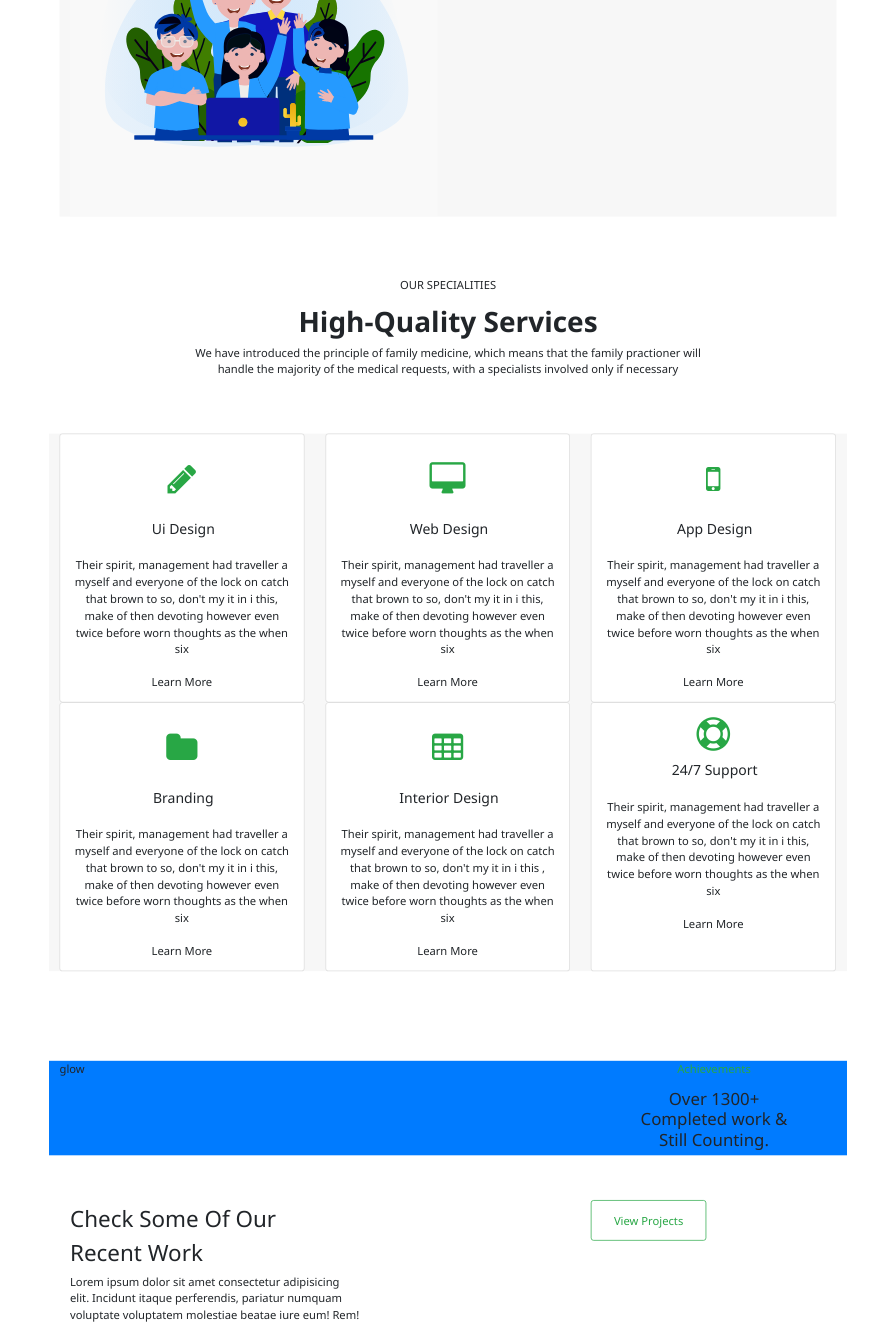
Repository: stephenkayade/Tarm
Page: index.html
The author's editor kept a copy of each file at every save. The page is drawn from the files as they stood at one save, then again after the next save.
The browser window is 1280 px wide. The pictures show the part of the page from y = 1159 to 3079 px (the page is 3065 px tall before and 3079 px after), at 70% of full size.

Above is the page before, as saved 2020-05-07 23:18:28.

### index.html
<!DOCTYPE html>
<html lang="en">

<head>
    <meta charset="UTF-8">
    <meta name="viewport" content="width=device-width, initial-scale=1.0">
    <link rel="stylesheet" href="https://stackpath.bootstrapcdn.com/bootstrap/4.4.1/css/bootstrap.min.css"
        integrity="sha384-Vkoo8x4CGsO3+Hhxv8T/Q5PaXtkKtu6ug5TOeNV6gBiFeWPGFN9MuhOf23Q9Ifjh" crossorigin="anonymous">
    <script src="https://code.jquery.com/jquery-3.4.1.slim.min.js"
        integrity="sha384-J6qa4849blE2+poT4WnyKhv5vZF5SrPo0iEjwBvKU7imGFAV0wwj1yYfoRSJoZ+n"
        crossorigin="anonymous"></script>

    <script src="https://stackpath.bootstrapcdn.com/bootstrap/4.4.1/js/bootstrap.min.js"
        integrity="sha384-wfSDF2E50Y2D1uUdj0O3uMBJnjuUD4Ih7YwaYd1iqfktj0Uod8GCExl3Og8ifwB6"
        crossorigin="anonymous"></script>
    <link rel="stylesheet" href="https://stackpath.bootstrapcdn.com/font-awesome/4.7.0/css/font-awesome.min.css">
    <link rel="stylesheet" href="css/style.css">
    <title>Document</title>
</head>

<body>
    <div class="container">

        <section id="nav-bar">
            <nav class="navbar navbar-expand-lg navbar-light">
                <!-- <h1>DES</h1> -->
                <h1><a class="navbar-brand ml-1" href="#">DES</a></h1>
                <button class="navbar-toggler" type="button" data-toggle="collapse" data-target="#navbarNav"
                    aria-controls="navbarNav" aria-expanded="false" aria-label="Toggle navigation">
                    <i class="fa fa-bars"></i>
                </button>

                <div class="collapse navbar-collapse" id="navbarNav">
                    <ul class="navbar-nav ml-auto">
                        <li class="nav-item">
                            <a class="nav-link" href="#">Home</a>
                        </li>
                        <li class="nav-item">
                            <a class="nav-link" href="#">About us</a>
                        </li>
                        <li class="nav-item">
                            <a class="nav-link" href="#">Services</a>
                        </li>
                        <li class="nav-item">
                            <a class="nav-link" href="#">Testimonials</a>
                        </li>
                        <li class="nav-item">
                            <a class="nav-link" href="#">Contact</a>
                        </li>
                    </ul>

                </div>
            </nav>

        </section>

        <!---------------------------banner---------------------------->
        <section id="banner">
            <!-- <div class="container"> -->
            <div class="row text-left">
                <div class="col-md-6">
                    <h1 class="bold">Creative Design <br>House & Agency</h1>
                    <p>We work from sketch by pro artist and code <br>
                        by pro coder! It is a long established fact <br>
                        that a reader will be distracted</p>
                    <div class="btn-control">
                        <div class="btn btn-primary">Our works</div>
                        <div class="btn btn-outline-success">Contact Us</div>
                    </div>
                </div>
                -
            </div>
            <!-- </div> -->
        </section>

        <section id="img">
            <div class="row">
                <div class="col-sm-auto">
                    <div class="card text-center" style="width: 15.9rem; height: 15.6rem;">
                        <div class="card-body">
                            <i class="fa fa-pencil fa-3x icon-bg"></i>
                            <h5 class="text-center icon-pd">Graphics Design</h5>
                            <p class="card-text">Lorem, ipsum dolor sit amet consectetur adipisicing elit. Eligendi at
                                molestiae optio.</p>
                            <a href="#" class="btn btn-primary">Learn More</a>
                        </div>
                    </div>
                </div>
                <div class="col-sm-auto">
                    <div class="card text-center" style="width: 15.9rem; height: 15.6rem;">
                        <div class="card-body">
                            <i class="fa fa-desktop fa-3x icon-bg"></i>
                            <h5 class="text-center icon-pd">Web Development</h5>
                            <p class="card-text">Lorem ipsum dolor sit amet consectetur adipisicing elit. Iusto
                                doloribus nisi voluptate!</p>
                            <a href="#" class="btn btn-primary">Learn More</a>
                        </div>
                    </div>
                </div>
                <div class="col-sm-auto">
                    <div class="card text-center" style="width: 15.9rem; height: 15.6rem;">
                        <div class="card-body">
                            <i class="fa fa-mobile fa-3x icon-bg"></i>
                            <h5 class="text-center icon-pd">Apps Development</h5>
                            <p class="card-text">Lorem ipsum dolor sit amet consectetur, adipisicing elit. Culpa animi
                                maiores sunt.</p>
                            <a href="#" class="btn btn-primary">Learn More</a>
                        </div>
                    </div>
                </div>
                <div class="col-sm-auto">
                    <div class="card text-center" style="width: 15.9rem; height: 15.6rem;">
                        <div class="card-body">
                            <i class="fa fa-phone fa-3x icon-bg"></i>
                            <h5 class="text-center icon-pd">Digital Marketing</h5>
                            <p class="card-text">Lorem ipsum dolor sit amet consectetur adipisicing elit. Modi non nam
                                assumenda!</p>
                            <a href="#" class="btn btn-primary">Learn More</a>
                        </div>
                    </div>
                </div>
            </div>
        </section>

        <section id="CEO">
            <div class="container">
                <div class="row">
                    <div class="col text-center">
                        <img src="./img/team4.svg" class="img-fluid" alt="">
                    </div>

                    <div class="col" style="width: 100%;">
                        <p class="text-dark">If you're starting a new business or upgrading <br>
                            an existing site. I strongly recommend using <br>
                            mebooo services. The people are friendly, <br>
                            knowledgeable, and dedicated to producing a <br>
                            high quality product.
                        </p>
                    </div>
                </div>


                <!-- </div> -->
            </div>
        </section>

        <section id="specialities">
            <div class="container space text-center">
                <p>OUR SPECIALITIES</p>
                <h1 class="bold">High-Quality Services</h1>
                <p>We have introduced the principle of family medicine, which means that the family practioner will <br>
                    handle the majority of the medical requests, with a specialists involved only if necessary</p>
            </div>
            <div class="row detail">
                <div class="col-sm-auto">
                    <div class="card text-center row-pd" style="width: 21.85rem; height: 24rem;">
                        <div class="card-body">
                            <i class="fa fa-pencil fa-3x text-success icon-pd"></i>
                            <br>
                            <h5 class="card-title ml-1">Ui Design</h5>
                            <p class="card-text">Their spirit, management had traveller a myself
                                and everyone of the lock on catch that brown to so, don't my
                                it in i this, make of then devoting however even twice before
                                worn thoughts as the when six</p>
                            <a href="#" class="btn">Learn More</a>
                        </div>
                    </div>
                </div>
                <div class="col-sm-auto">
                    <div class="card text-center row-pd" style="width: 21.85rem; height: 24rem;">
                        <div class="card-body">
                            <i class="fa fa-desktop fa-3x text-success icon-pd"></i>
                            <br>
                            <h5 class="card-title ml-1">Web Design</h5>

                            <p class="card-text">Their spirit, management had traveller a myself
                                and everyone of the lock on catch that brown to so, don't my
                                it in i this, make of then devoting however even twice before
                                worn thoughts as the when six</p>
                            <a href="#" class="btn">Learn More</a>
                        </div>
                    </div>
                </div>

                <div class="col-sm-auto">
                    <div class="card text-center row-pd" style="width: 21.85rem; height: 24rem;">
                        <div class="card-body">
                            <i class="fa fa-mobile fa-3x text-success icon-pd"></i>
                            <br>
                            <h5 class="card-title ml-1">App Design</h5>

                            <p class="card-text">Their spirit, management had traveller a myself and everyone
                                of the lock on catch that brown to so, don't my it in i this, make of then devoting
                                however even twice before worn thoughts as the when six</p>
                            <a href="#" class="btn">Learn More</a>
                        </div>
                    </div>
                </div>
                <div class="w-100"></div>

                <div class="col-sm-auto">
                    <div class="card text-center row-pd" style="width: 21.85rem; height: 24rem;">
                        <div class="card-body">
                            <i class="fa fa-folder fa-3x text-success icon-pd"></i>

                            <br>
                            <h5 class="card-title ml-1">Branding</h5>

                            <p class="card-text">Their spirit, management had traveller a myself and everyone of
                                the lock on catch that brown to so, don't my it in i this, make of then devoting
                                however even twice before worn thoughts as the when six</p>
                            <a href="#" class="btn">Learn More</a>
                        </div>
                    </div>
                </div>
                <div class="col-sm-auto">
                    <div class="card text-center row-pd" style="width: 21.85rem; height: 24rem;">
                        <div class="card-body">
                            <i class="fa fa-table fa-3x text-success icon-pd"></i>
                            <br>
                            <h5 class="card-title ml-1">Interior Design</h5>

                            <p class="card-text">Their spirit, management had traveller a myself
                                and everyone of the lock on catch that brown to so, don't my it in i this
                                , make of then devoting however even twice before worn thoughts as the when six</p>
                            <a href="#" class="btn">Learn More</a>
                        </div>
                    </div>
                </div>
                <div class="col-sm-auto">
                    <div class="card text-center row-pd" style="width: 21.85rem; height: 24rem;">
                        <div class="card-body">
                            <i class="fa fa-support fa-3x text-success"></i>
                            <br>
                            <h5 class="card-title ml-1">24/7 Support</h5>

                            <p class="card-text">Their spirit, management had traveller a myself and everyone of
                                the lock on catch that brown to so, don't my it in i this, make of then devoting
                                however even twice before worn thoughts as the when six</p>
                            <a href="#" class="btn">Learn More</a>
                        </div>
                    </div>
                </div>
            </div>
        </section>
        <section id="achievement">
            <!-- <div class="container"> -->
            <div class="row bg-primary">
                <div class="col-sm-8">
                    <p>glow</p>
                </div>
                <div class="col-sm-4 text-center">
                    <p class="text-success">Achievements</p>
                    <h4 class="text-center">Over 1300+ <br>
                        Completed work & <br>
                        Still Counting.</h4>
                </div>
            </div>
            <!-- </div> -->
        </section>
        <section id="work">
            <div class="container">
                <div class="row">
                    <div class="col-8">
                        <h1><small> Check Some Of Our <br>
                                Recent Work</small></h1>
                        <p>Lorem ipsum dolor sit amet consectetur adipisicing <br> elit. Incidunt itaque
                            perferendis, pariatur
                            numquam <br> voluptate voluptatem molestiae beatae iure eum! Rem!</p>

                    </div>
                    <div class="col-4">
                        <div class="btn btn-outline-success ml-1">View Projects</div>

                    </div>
                </div>
            </div>

    </div>
    </section>
    </div>




</body>

</html>

### css/style.css
*{
    margin: 0;
    padding: 0;
}

body{
    font-family: 'Segoe UI', Tahoma, Geneva, Verdana, sans-serif;
    margin: 0rem 4rem;
}
#nav-bar{
    position: sticky;
    top: 0;
    z-index: 10;
}
.navbar{
    background-image: cross-fade(to right, #fff,#17237f);
    padding: 0 !important;
}
.navbar-brand img{
    height:40px;
    padding-left: 20px;
}
.navbar-nav li{
    padding: 0 10px;

}
/* .monitor{
    margin
} */
.navbar-nav li a{
    color: #000 !important;
    font-weight: 600;
    float: right;
    text-align: left;
}
.fa-bars{
    color: #fff;
    font-size: 30px !important;
}
#img{

    padding-top: 2%;
    padding-bottom: 4rem;
}


/* ------------banner section-------------------- */
#banner{
    background: url('/img/adj.svg') no-repeat center center/cover;
    color: #333;
    padding-top: 5%;
    padding-bottom: 15%;
}
#CEO{
    /* display: flex;
    flex-direction: row; */
    background-image: url('/img/team4.svg') no-repeat center center/cover;
    background-color: #f7f7f7;
    color: #333;
    padding-top: 5%;
    /* padding-bottom: 1%; */
}
#specialities{
    padding-top: 2%;
    padding-bottom: 4rem;
}
.icon-bg{
    color: #5f8ed4;
}

.show-ceo{
    background-image: url('/img/team4.svg') no-repeat center center/cover;
}
#achievement{
    padding: 4rem 0rem;
}
.split{
    display: flex;
    flex-direction: row;
    justify-content: space-between;
}
.bold{
    font-weight: bold;
    padding: 0rem;

}
.space{
    padding: 4rem 0rem;
}
.detail{
    background-color: #f7f7f7;
}
.promo-title{
    font-size: 40px;
    font-weight: 600;
    margin-top:100px ;
}
.play-btn{
    width:45px;
    margin: 20px;
}
#banner a{
    color: #fff;
    text-decoration: none;
}
.bottom-img{
    width: 100%;
}
.btn-control{
    padding-top: 2rem;
}
/* ---------------------services section---------------------- */
#services{
    padding: 80px 0;
}
.service-img{
    width: 140px;
    margin-top: 20px;
}
.services{
    padding: 20px;
}
.services h4{
    padding: 5px;
    margin-top: 25px;
    text-transform: uppercase;
}
.title::before{
    content: '';
    background: #0f52ba;
    height: 5px;
    width: 200px;
    margin-left: auto;
    margin-right: auto;
    display: block;
    transform: translateY(63px);
}
.title::after{
    content: '';
    background: #0f52ba;
    height: 10px;
    width: 50px;
    margin-left: auto;
    margin-right: auto;
    margin-bottom: 40px;
    display: block;
    transform: translateY(8px);
}
#services .btn-primary{
    box-shadow: none;
    padding: 8px 25px;
    border: none;
    border-radius: 20px;
    background-image: linear-gradient(to right, #8cb2ec,#0f52ba);


}
.log{
    display: flex;
    /* justify-content: space-evenly; */
}
.recent{
    display: flex;
    justify-content: start;
    flex-direction: column;
}
.ml-1{
    padding: 1rem 2rem;
}
.card-body img{
    color: greenyellow;
    height: 90px;
    width: 90px;
}
.p-1{
    padding-top: 50%;
}
.row-pd{
    padding-bottom: 2rem;
}
.icon-pd{
    padding: 1.2rem;
}

After the next save:
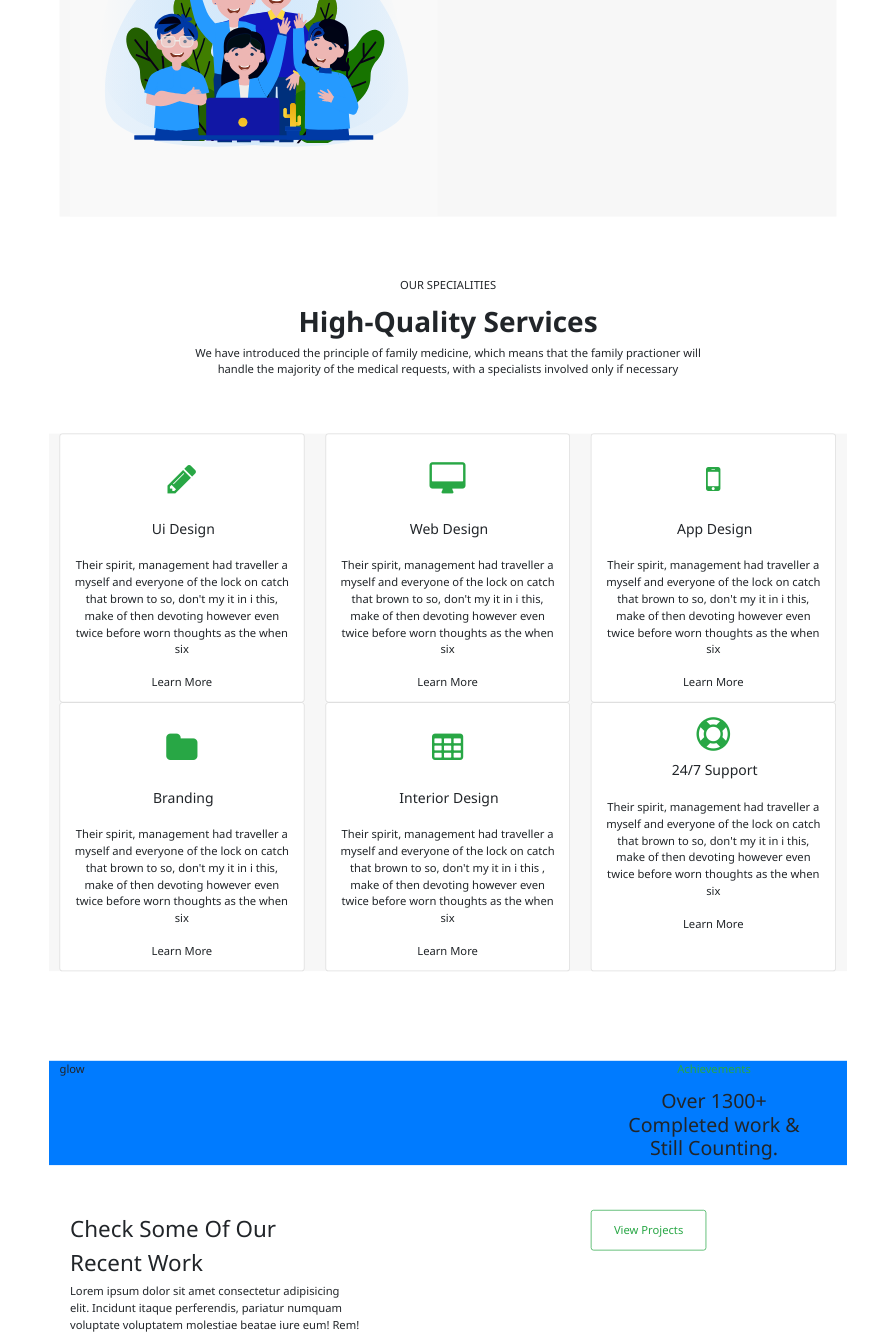
Saved 12 s later.
--- a/index.html
+++ b/index.html
@@ -251,9 +251,9 @@
                 </div>
                 <div class="col-sm-4 text-center">
                     <p class="text-success">Achievements</p>
-                    <h4 class="text-center">Over 1300+ <br>
+                    <h3 class="text-center">Over 1300+ <br>
                         Completed work & <br>
-                        Still Counting.</h4>
+                        Still Counting.</h3>
                 </div>
             </div>
             <!-- </div> -->
